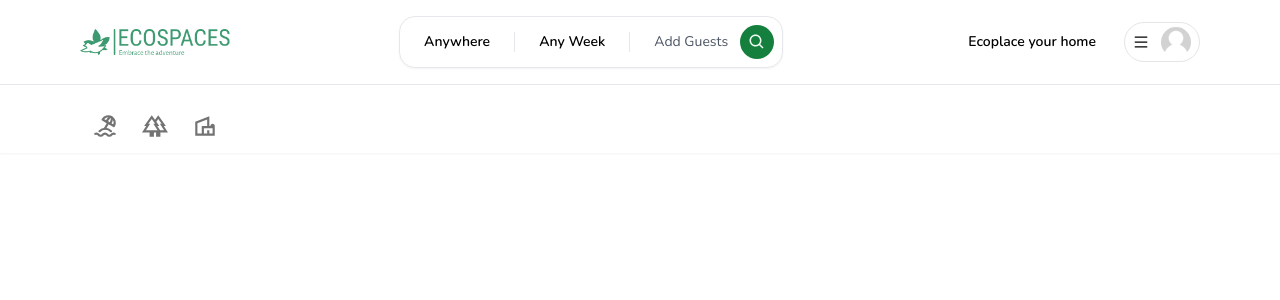
Repository: LubegaH/Ecospaces
Page: /
An editor plug-in stored every save of this project. The page is shown before and after the next save, followed by the edit.
The browser window is 1280 px wide. The pictures show the whole page.
The page's requests for data from a server got no answer. The project was rebuilt for these pictures with package versions that can differ from the ones it lists, and the page was loaded fresh each time. The framework's server and built-in components were replaced by stand-ins that run in the browser. No one was signed in, and anything a server would have sent is missing. Also part of the build but not shown: next.config.js, app/components/nabar/MenuItem.tsx, app/components/Button.tsx, app/components/modals/Modal.tsx, app/components/Heading.tsx, app/components/input/Input.tsx.

Above is the page before, as saved 2023-08-08 23:10:34.

After the next save:
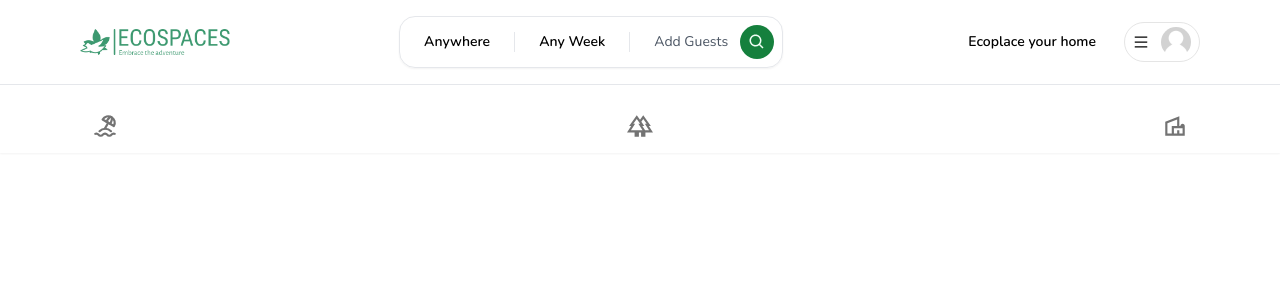
Saved 52 s later.
--- a/app/components/nabar/Categories.tsx
+++ b/app/components/nabar/Categories.tsx
@@ -33,7 +33,7 @@ const Categories = () => {
             flex
             flex-row
             items-center
-            justify-betweem
+            justify-between
             overflow-x-auto
         '
       >
